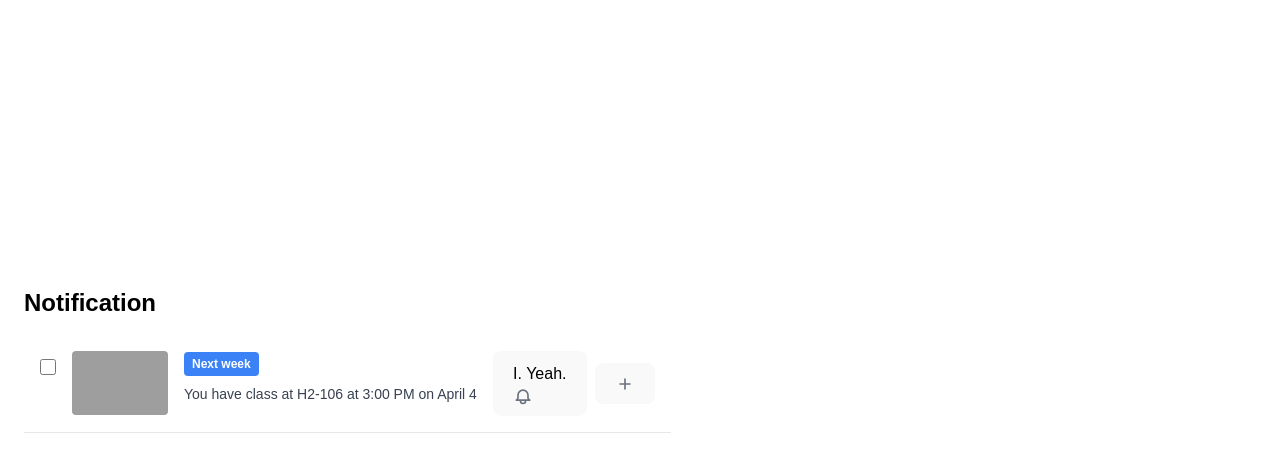
Repository: CNPM-S3MRS/frontend-web
Page: /notification
The author's editor kept a copy of each file at every save. The page is drawn from the files as they stood at one save, then again after a run of saves.
The browser window is 1280 px wide. The pictures show the whole page.
Pictures or frames that could not be fetched are drawn as grey boxes. The project was rebuilt for these pictures with package versions that can differ from the ones it lists, and the page was loaded fresh each time. Also part of the build but not shown: vite.config.js, src/pages/auth/Login.jsx.

Above is the page before, as saved 2025-04-08 23:18:10.

### src/App.jsx
import { BrowserRouter as Router, Routes, Route } from 'react-router-dom';
import Login from '@/pages/auth/Login';
import Notification from './pages/notification/notification';

function App() {
  return (
    <Router>
      <Routes>
        <Route path="/login" element={<Login />} />
        <Route path="/notification" element={<Notification />} /> {/* Add this route */}
        <Route path="/" element={<div>Trang chủ</div>} />
      </Routes>
    </Router>
  );
}

export default App;

### src/index.css
@tailwind base;
@tailwind components;
@tailwind utilities;


:root {
  font-family: system-ui, Avenir, Helvetica, Arial, sans-serif;
  line-height: 1.5;
  font-weight: 400;

  color-scheme: light dark;
  color: rgba(255, 255, 255, 0.87);
  background-color: #242424;

  font-synthesis: none;
  text-rendering: optimizeLegibility;
  -webkit-font-smoothing: antialiased;
  -moz-osx-font-smoothing: grayscale;
}

a {
  font-weight: 500;
  color: #646cff;
  text-decoration: inherit;
}
a:hover {
  color: #535bf2;
}

body {
  margin: 0;
  display: flex;
  place-items: center;
  min-width: 320px;
  min-height: 100vh;
}

h1 {
  font-size: 3.2em;
  line-height: 1.1;
}

button {
  border-radius: 8px;
  border: 1px solid transparent;
  padding: 0.6em 1.2em;
  font-size: 1em;
  font-weight: 500;
  font-family: inherit;
  background-color: #1a1a1a;
  cursor: pointer;
  transition: border-color 0.25s;
}
button:hover {
  border-color: #646cff;
}
button:focus,
button:focus-visible {
  outline: 4px auto -webkit-focus-ring-color;
}
h1 {
  font-size: 1.5rem;
  font-weight: bold;
  margin-bottom: 1rem;
}
body {
  font-family: Arial, sans-serif;
  background-color: #ffffff;
  color: #000000;
}

input[type="checkbox"] {
  width: 1rem;
  height: 1rem;
}

@media (prefers-color-scheme: light) {
  :root {
    color: #213547;
    background-color: #ffffff;
  }
  a:hover {
    color: #747bff;
  }
  button {
    background-color: #f9f9f9;
  }
}

### src/pages/notification/notification.jsx
import React, { useEffect, useState } from "react";
import NotificationCard from "../../components/card/NotificationCard";

const Notification = () => {
  const [notifications, setNotifications] = useState([]);

  useEffect(() => {
    const mockData = [
      {
        id: 1,
        image: "/vite.svg", // Replace with your image URL
        status: "Next week",
        statusColor: "blue",
        message: "You have class at H2-106 at 3:00 PM on April 4",
      },
    ];
    setNotifications(mockData);
  }, []);

  return (
    <div className="p-6">
      <h1 className="text-2xl font-bold mb-4">Notification</h1>
      <div>
        {notifications.map((notification) => (
          <NotificationCard
            key={notification.id}
            image={notification.image}
            status={notification.status}
            statusColor={notification.statusColor}
            message={notification.message}
          />
        ))}
      </div>
    </div>
  );
};

export default Notification;

### src/components/card/NotificationCard.jsx
import React from "react";

const NotificationCard = ({ image, status, statusColor, message }) => {
  return (
    <div className="flex items-start space-x-4 p-4 border-b">
      {/* Checkbox */}
      <input type="checkbox" className="mt-2 w-4 h-4" />

      {/* Image */}
      <img
        src={image}
        alt="Notification"
        className="w-24 h-16 object-cover rounded"
      />

      {/* Content */}
      <div className="flex-1">
        {/* Status Badge */}
        <span
          className={`inline-block px-2 py-1 text-xs font-semibold text-white bg-${statusColor}-500 rounded`}
        >
          {status}
        </span>
        {/* Message */}
        <p className="text-sm text-gray-700 mt-2">{message}</p>
      </div>

      {/* Icons */}
      <div className="flex items-center space-x-2">
        <button>
          I. Yeah.<svg
            xmlns="http://www.w3.org/2000/svg"
            className="h-5 w-5 text-gray-500"
            fill="none"
            viewBox="0 0 24 24"
            stroke="currentColor"
          >
            <path
              strokeLinecap="round"
              strokeLinejoin="round"
              strokeWidth={2}
              d="M15 17h5l-1.405-1.405A2.032 2.032 0 0118 14.158V11a6 6 0 10-12 0v3.159c0 .538-.214 1.055-.595 1.436L4 17h5m6 0v1a3 3 0 11-6 0v-1m6 0H9"
            />
          </svg>
        </button>
        <button>
          <svg
            xmlns="http://www.w3.org/2000/svg"
            className="h-5 w-5 text-gray-500"
            fill="none"
            viewBox="0 0 24 24"
            stroke="currentColor"
          >
            <path
              strokeLinecap="round"
              strokeLinejoin="round"
              strokeWidth={2}
              d="M12 6v6m0 0v6m0-6h6m-6 0H6"
            />
          </svg>
        </button>
      </div>
    </div>
  );
};

export default NotificationCard;

### tailwind.config.js
/** @type {import('tailwindcss').Config} */
module.exports = {
  content: ["./src/**/*.{js,jsx,ts,tsx}"], // Include all source files
  theme: {
    extend: {},
  },
  plugins: [],
};

Loaded but not shown: index.html (common file); src/main.jsx (common file)

After the next 3 saves:
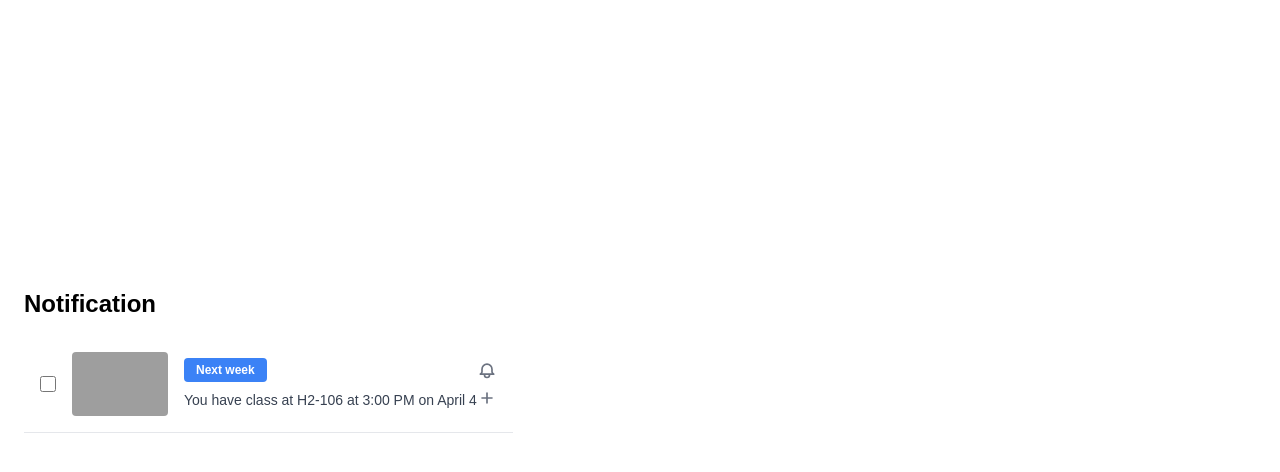
The 3 saves are shown as one change because they came seconds apart.
The last was saved 35 s later.
--- a/src/components/card/NotificationCard.jsx
+++ b/src/components/card/NotificationCard.jsx
@@ -2,63 +2,65 @@
 
 const NotificationCard = ({ image, status, statusColor, message }) => {
   return (
-    <div className="flex items-start space-x-4 p-4 border-b">
-      {/* Checkbox */}
-      <input type="checkbox" className="mt-2 w-4 h-4" />
+    <div className="flex items-center justify-between p-4 border-b">
+      {/* Left Section */}
+      <div className="flex items-center space-x-4">
+        {/* Checkbox */}
+        <input type="checkbox" className="w-4 h-4" />
 
-      {/* Image */}
-      <img
-        src={image}
-        alt="Notification"
-        className="w-24 h-16 object-cover rounded"
-      />
+        {/* Image */}
+        <img
+          src={image}
+          alt="Notification"
+          className="w-24 h-16 object-cover rounded"
+        />
 
-      {/* Content */}
-      <div className="flex-1">
-        {/* Status Badge */}
-        <span
-          className={`inline-block px-2 py-1 text-xs font-semibold text-white bg-${statusColor}-500 rounded`}
-        >
-          {status}
-        </span>
-        {/* Message */}
-        <p className="text-sm text-gray-700 mt-2">{message}</p>
+        {/* Content */}
+        <div>
+          {/* Status Badge */}
+          <span
+            className={`inline-block px-3 py-1 text-xs font-semibold text-white bg-${statusColor}-500 rounded`}
+          >
+            {status}
+          </span>
+          {/* Message */}
+          <p className="text-sm text-gray-700 mt-2">{message}</p>
+        </div>
       </div>
 
-      {/* Icons */}
-      <div className="flex items-center space-x-2">
-        <button>
-          I. Yeah.<svg
-            xmlns="http://www.w3.org/2000/svg"
-            className="h-5 w-5 text-gray-500"
-            fill="none"
-            viewBox="0 0 24 24"
-            stroke="currentColor"
-          >
-            <path
-              strokeLinecap="round"
-              strokeLinejoin="round"
-              strokeWidth={2}
-              d="M15 17h5l-1.405-1.405A2.032 2.032 0 0118 14.158V11a6 6 0 10-12 0v3.159c0 .538-.214 1.055-.595 1.436L4 17h5m6 0v1a3 3 0 11-6 0v-1m6 0H9"
-            />
-          </svg>
-        </button>
-        <button>
-          <svg
-            xmlns="http://www.w3.org/2000/svg"
-            className="h-5 w-5 text-gray-500"
-            fill="none"
-            viewBox="0 0 24 24"
-            stroke="currentColor"
-          >
-            <path
-              strokeLinecap="round"
-              strokeLinejoin="round"
-              strokeWidth={2}
-              d="M12 6v6m0 0v6m0-6h6m-6 0H6"
-            />
-          </svg>
-        </button>
+      {/* RigI'm not. I'm not. ) */}
+      <div className="flex flex-col items-center space-y-2">
+        {/* Bell Icon */}
+        <svg
+          xmlns="http://www.w3.org/2000/svg"
+          className="h-5 w-5 text-gray-500"
+          fill="none"
+          viewBox="0 0 24 24"
+          stroke="currentColor"
+        >
+          <path
+            strokeLinecap="round"
+            strokeLinejoin="round"
+            strokeWidth={2}
+            d="M15 17h5l-1.405-1.405A2.032 2.032 0 0118 14.158V11a6 6 0 10-12 0v3.159c0 .538-.214 1.055-.595 1.436L4 17h5m6 0v1a3 3 0 11-6 0v-1m6 0H9"
+          />
+        </svg>
+
+        {/* Three-Dot Icon */}
+        <svg
+          xmlns="http://www.w3.org/2000/svg"
+          className="h-5 w-5 text-gray-500"
+          fill="none"
+          viewBox="0 0 24 24"
+          stroke="currentColor"
+        >
+          <path
+            strokeLinecap="round"
+            strokeLinejoin="round"
+            strokeWidth={2}
+            d="M12 6v6m0 0v6m0-6h6m-6 0H6"
+          />
+        </svg>
       </div>
     </div>
   );
